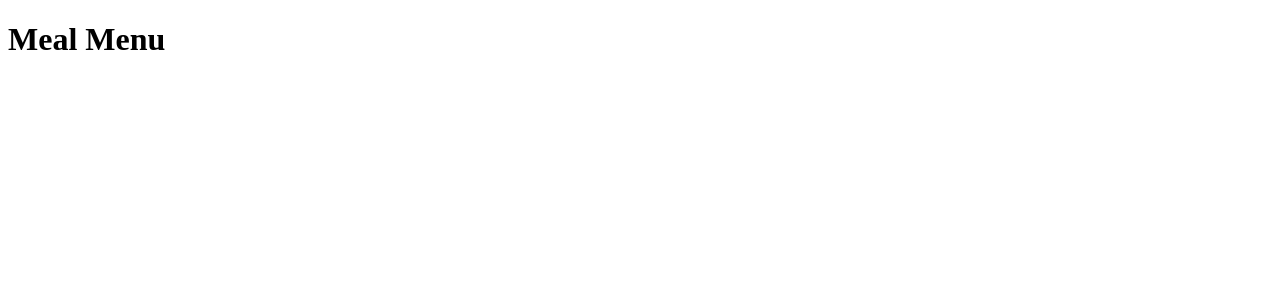
Repository: sodiumbicarbonate-29/manondo-dinnesh-meal-api
Page: index.html
These files come from the project's save history. The page is drawn as it stood at one moment and after the next save; the edit follows.
The browser window is 1280 px wide. The pictures show the whole page.
The page's requests for data from a server got no answer.

Above is the page before, as saved 2026-09-15 19:03:28.

### index.html
<!DOCTYPE html>
<html lang="en">
<head>
    <meta charset="UTF-8">
    <title>Student List</title>
</head>

<body>

    <h1>Meal Menu</h1>


    <script>
        async function loadStudents(){
            const response = await fetch('/api/menu');
            const students = await response.json();
            const list = document.getElementById('menuList');

            list.innerHTML = "";

            students.forEach(menu => {
                const item = document.createElement("li")
                item.textContent = `${menu.name} - ${menu.price}`;

                list.appendChild(item);
            });
        }
    </script>

</body>
</html>

After the next save:
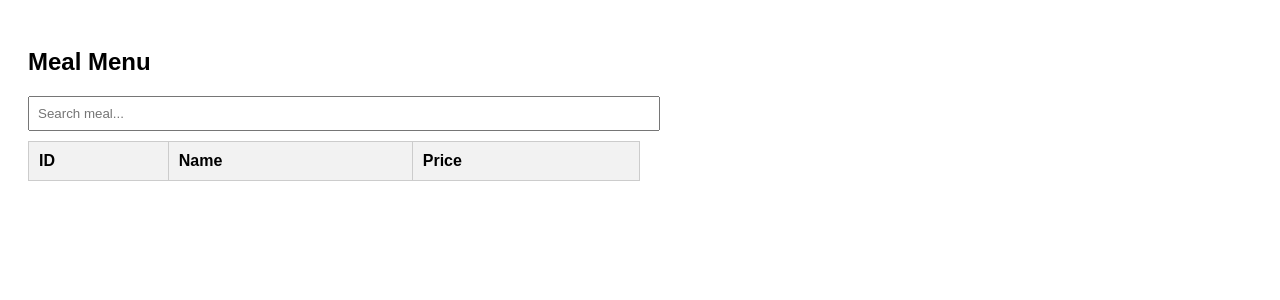
Saved 3 min 47 s later.
--- a/index.html
+++ b/index.html
@@ -2,30 +2,68 @@
 <html lang="en">
 <head>
     <meta charset="UTF-8">
-    <title>Student List</title>
+    <title>Meal Menu</title>
+    <style>
+        body {
+            font-family: Arial,
+            sans-serif;
+            padding: 20px; }
+        table {
+            border-collapse: collapse;
+            width: 50%;
+        }
+        th, td {
+            border: 1px solid #ccc;
+            padding: 10px;
+            text-align: left;
+        }
+        th {
+            background-color: #f2f2f2;
+        }
+        input {
+            margin-bottom: 10px;
+            padding: 8px;
+            width: 50%;
+        }
+    </style>
 </head>
-
 <body>
-
-    <h1>Meal Menu</h1>
-
+    <h2>Meal Menu</h2>
+    <input type="text" id="search" placeholder="Search meal...">
+    <table>
+        <thead>
+            <tr>
+                <th>ID</th>
+                <th>Name</th>
+                <th>Price</th>
+            </tr>
+        </thead>
+        <tbody id="meal-table"></tbody>
+    </table>
 
     <script>
-        async function loadStudents(){
-            const response = await fetch('/api/menu');
-            const students = await response.json();
-            const list = document.getElementById('menuList');
+        let allMeals = []
 
-            list.innerHTML = "";
+        fetch('/api/meals')
+            .then(res => res.json())
+            .then(meals => {
+                allMeals = meals
+                renderTable(meals)
+            })
 
-            students.forEach(menu => {
-                const item = document.createElement("li")
-                item.textContent = `${menu.name} - ${menu.price}`;
+        function renderTable(meals) {
+            const tbody = document.getElementById('meal-table')
+            tbody.innerHTML = ''
+            meals.forEach(meal => {
+                tbody.innerHTML += `<tr><td>${meal.id}</td><td>${meal.name}</td><td>${meal.price}</td></tr>`
+            })
+        }
 
-                list.appendChild(item);
-            });
-        }
+        document.getElementById('search').addEventListener('input', function() {
+            const query = this.value.toLowerCase()
+            const filtered = allMeals.filter(meal => meal.name.toLowerCase().includes(query))
+            renderTable(filtered)
+        })
     </script>
-
 </body>
 </html>
